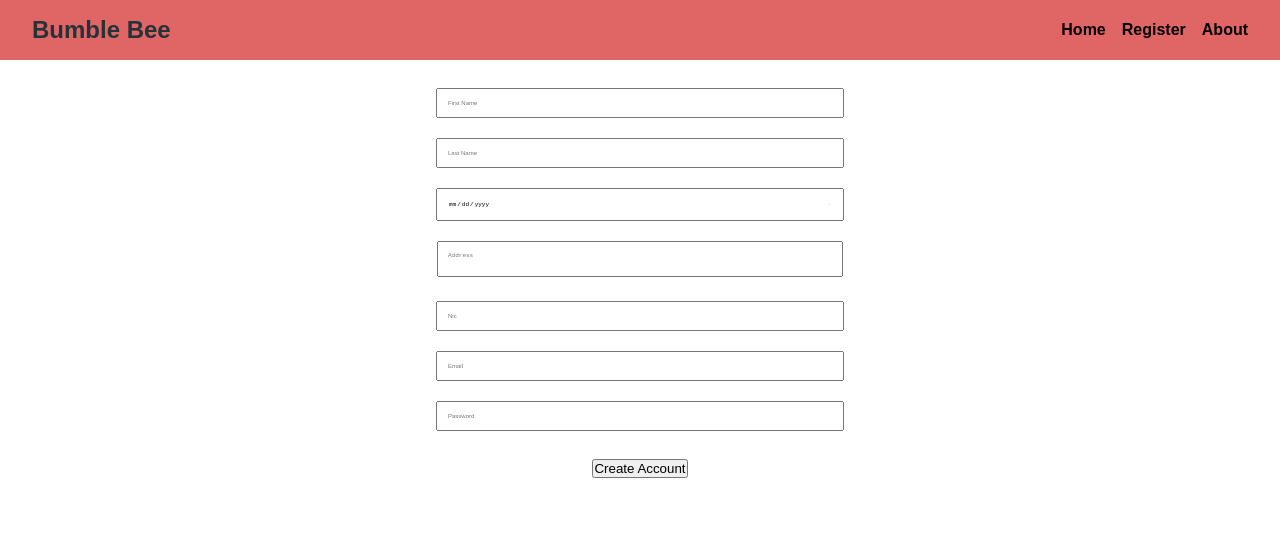
Repository: developerks611/Bumble-bee
Page: http://localhost/Bumble/add-customer.jsp
The author's editor kept a copy of each file at every save. The page is drawn from the files as they stood at one save, then again after the next save.
The browser window is 1280 px wide. The pictures show the whole page.
The page is served by Tomcat 9. Other server files are loaded and not shown.

Above is the page before, as saved 2023-02-28 03:47:21.

### Bumble/src/main/webapp/add-customer.jsp
<%@ page language="java" contentType="text/html; charset=ISO-8859-1"
    pageEncoding="ISO-8859-1" isELIgnored="false"%>
 <%@ taglib prefix = "tag" uri = "http://java.sun.com/jsp/jstl/core" %>
<!DOCTYPE html>
<html>
<head>

<style>
textarea{
	resize:none;
}

* {
  padding: 0;
  margin: 0;
}

body {
  font-family: Arial, Tahoma, Serif;
  color: #263238;
}

nav {
  display: flex;
  justify-content:space-between;
  align-items: center;
  padding: 1rem 2rem;
  background: #e06666;
}

nav ul {
  display: flex;
  list-style: none;
}

nav li {
  padding-left: 1rem;
}

nav a {
  text-decoration: none;
  color: black;
  font-weight:bold;
}

.container {
 text-align:center;
}

.txt_input{

	width:30%;
	height:auto;
	margin:10px;
	padding:10px;
	font-size:10%;
}


 /*
  Extra small devices (phones, 600px and down)
*/
@media only screen and (max-width: 600px) {
  nav {
    flex-direction: column;
  }
  nav ul {
    flex-direction: column;
    padding-top: 0.5rem;
  }
  nav li {
    padding: 0.5rem 0;
  }
}
</style>
<meta charset="ISO-8859-1">
<title>Customer Registration</title>
</head>
<body>


<nav>
  <h2>Bumble Bee</h2>
  <ul>
    <li><a href="#">Home</a></li>
    <li><a href="#">Register</a></li>
    <li><a href="#">About</a></li>
  </ul>
</nav><br>

<div  class="container">
<p>${message }<p>
<form action="addData" method="post">
<input type="text" name="fname" placeholder="First Name" required class="txt_input"><br>
<input type="text" name="lname" placeholder="Last Name" required class="txt_input"><br>
<input type="date" name="dob" required class="txt_input"><br>
<textarea placeholder="Address" required name="adress" required class="txt_input"></textarea ><br>
<input type="text" name="nic" placeholder="Nic" required class="txt_input"><br>
<input type="email" name="email" placeholder="Email" required class="txt_input"><br>
<input type="password" name="password" placeholder="Password" required class="txt_input"><br><br>
<input type="hidden" name="action" value="addClient">
<button type="submit" class="btn btn-success createAccount">Create Account</button>

</form>
</div>
</body>
</html>

After the next save:
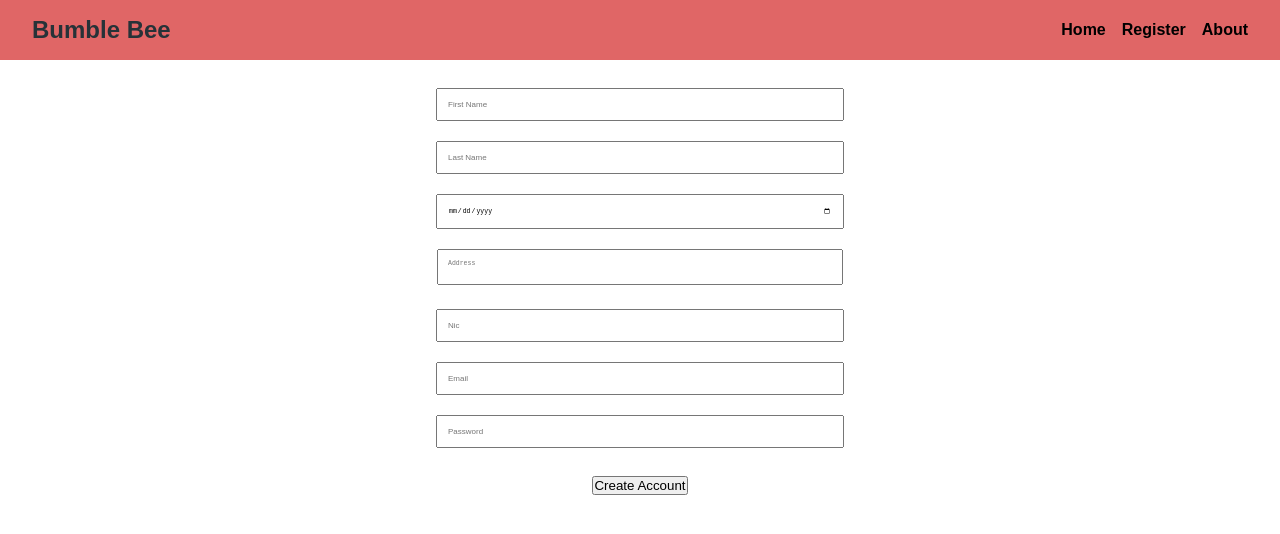
Saved 8 s later.
--- a/Bumble/src/main/webapp/add-customer.jsp
+++ b/Bumble/src/main/webapp/add-customer.jsp
@@ -53,7 +53,7 @@ nav a {
 	height:auto;
 	margin:10px;
 	padding:10px;
-	font-size:10%;
+	font-size:50%;
 }
 
 
